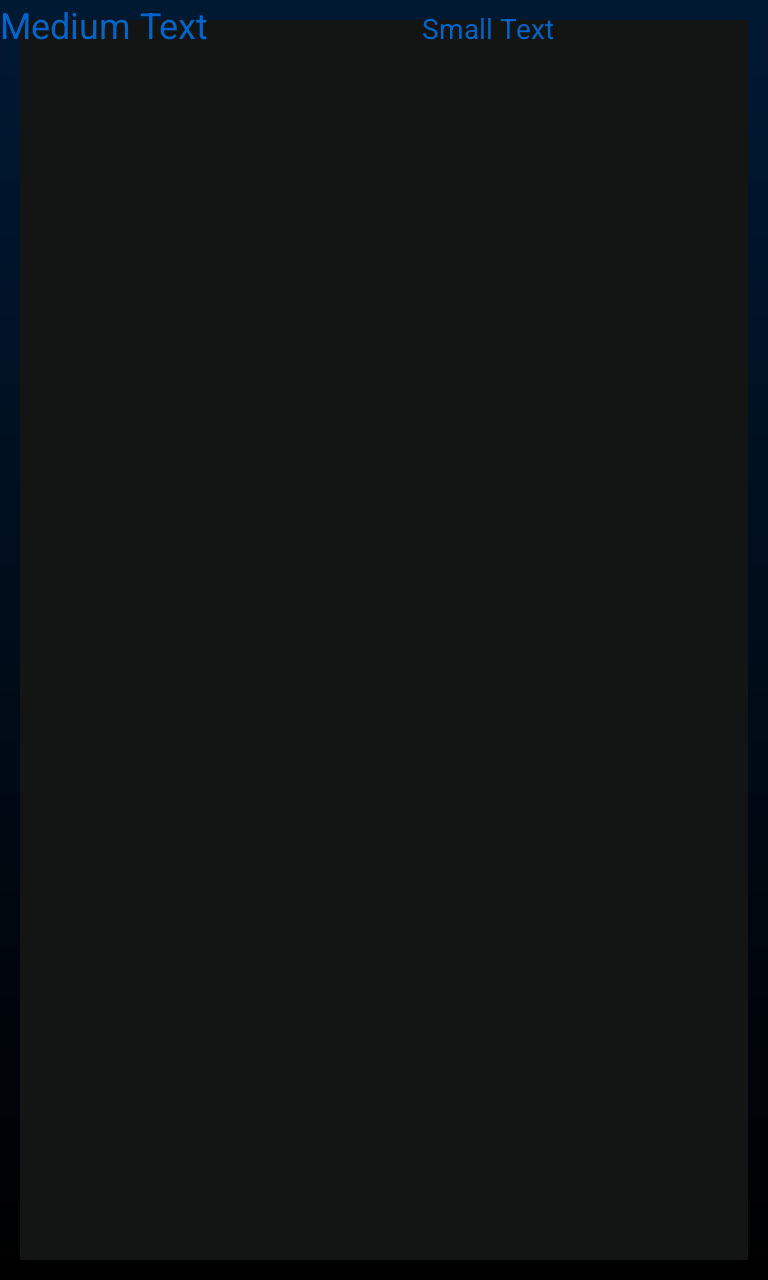
Repository: jasleen1291/B2BMobileApplication
Layout: Mobile E Commerce/B2B/res/layout/batch_discount.xml
The author's editor kept a copy of each file at every save. The layout is drawn from the files as they stood at one save, then again after the next save.
It is drawn on a 768 x 1280 px phone screen (xhdpi) without system bars, with theme mycustomtheme; the app's code is not run.

Above is the layout before, as saved 2013-05-28 11:47:22.

After the next save:
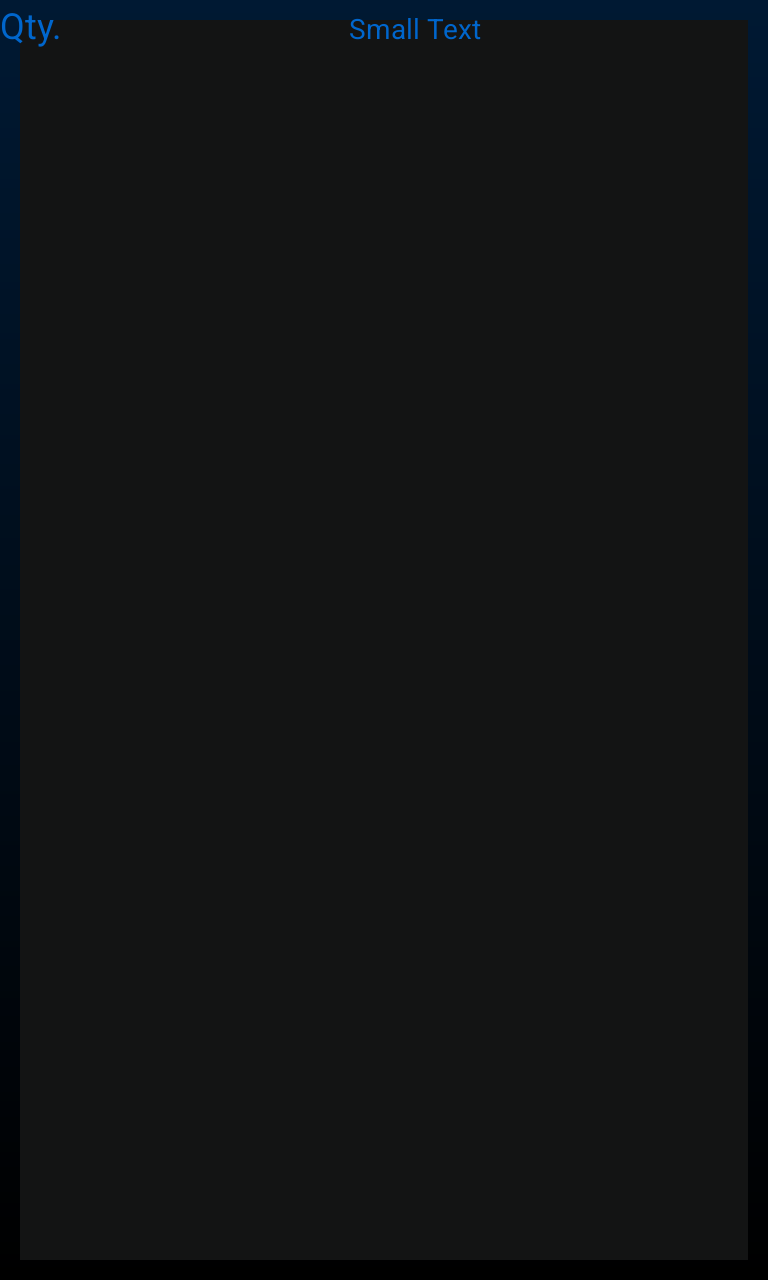
Saved 7 s later.
--- a/Mobile E Commerce/B2B/res/layout/batch_discount.xml
+++ b/Mobile E Commerce/B2B/res/layout/batch_discount.xml
@@ -17,7 +17,7 @@
             android:id="@+id/textView1"
             android:layout_width="wrap_content"
             android:layout_height="wrap_content"
-            android:text="Medium Text"
+            android:text="@string/qty"
             android:textAppearance="?android:attr/textAppearanceMedium" />
 
         <TextView
